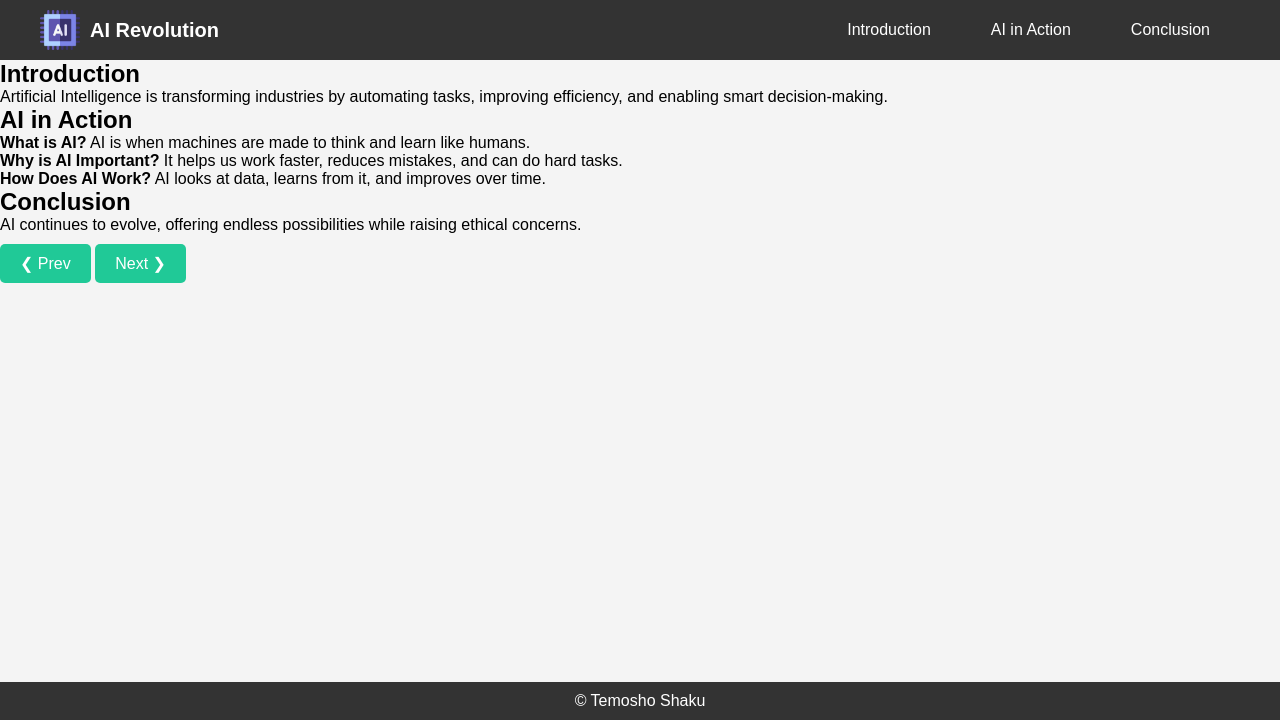
Repository: TemoshoS/ai
Page: index.html
These files come from the project's save history. The page is drawn as it stood at one moment and after a run of saves; the edit follows.
The browser window is 1280 px wide. The pictures show the whole page.

Above is the page before, as saved 2025-02-17 10:39:36.
Console error: TypeError: Cannot read properties of null (reading 'addEventListener')

### index.html
<!DOCTYPE html>
<html lang="en">
<head>
    <meta charset="UTF-8">
    <meta name="viewport" content="width=device-width, initial-scale=1.0">
    <title>AI Revolution</title>
    <link rel="stylesheet" href="styles.css">
</head>
<body>

    <nav>
        <div class="nav-container">
            <div class="logo">
                <img src="./ai.png" alt="AI Logo">
                <span>AI Revolution</span>
            </div>
            <ul class="nav-links">
                <li><a href="#intro">Introduction</a></li>
                <li><a href="#body">AI in Action</a></li>
                <li><a href="#conclusion">Conclusion</a></li>
            </ul>
        </div>
    </nav>
    <div class="slider-container">
        <div class="slide active" id="slide-intro">
            <h2>Introduction</h2>
            <p>Artificial Intelligence is transforming industries by automating tasks, improving efficiency, and enabling smart decision-making.</p>
        </div>
        <div class="slide" id="slide-ai-action">
            <h2>AI in Action</h2>
            <p><strong>What is AI?</strong> AI is when machines are made to think and learn like humans.</p>
            <p><strong>Why is AI Important?</strong> It helps us work faster, reduces mistakes, and can do hard tasks.</p>
            <p><strong>How Does AI Work?</strong> AI looks at data, learns from it, and improves over time.</p>
        </div>
        <div class="slide" id="slide-conclusion">
            <h2>Conclusion</h2>
            <p>AI continues to evolve, offering endless possibilities while raising ethical concerns.</p>
        </div>

        <button id="prevBtn">&#10094; Prev</button>
        <button id="nextBtn">Next &#10095;</button>
    </div>


    <footer>
        <p>&copy; Temosho Shaku</p>
    </footer>

    <script src="script.js"></script>
</body>
</html>

### styles.css
/* GLOBAL STYLES */
* {
    margin: 0;
    padding: 0;
    box-sizing: border-box;
}

body {
    font-family: Arial, sans-serif;
    display: flex;
    flex-direction: column;
    min-height: 100vh; /* Ensures the body takes up full height */
    background-color: #f4f4f4;
}

/* NAVIGATION BAR */
nav {
    background: #333;
    padding: 10px 20px;
}

.nav-container {
    display: flex;
    justify-content: space-between;
    align-items: center;
    max-width: 1200px;
    margin: auto;
}

.logo {
    display: flex;
    align-items: center;
}

.logo img {
    width: 40px;
    height: 40px;
    margin-right: 10px;
}

.logo span {
    font-size: 20px;
    color: white;
    font-weight: bold;
}

.nav-links {
    list-style: none;
    display: flex;
    margin: 0;
    padding: 0;
}

.nav-links li {
    margin: 0 15px;
}

.nav-links li a {
    color: white;
    text-decoration: none;
    padding: 10px 15px;
    display: block;
}

.nav-links li a:hover {
    background-color: #20C997;
    border-radius: 5px;
}

/* CONTENT */
section {
    padding: 20px;
    max-width: 800px;
    margin: auto;
    background: white;
    margin-top: 20px;
    border-radius: 8px;
    box-shadow: 0px 0px 10px rgba(0, 0, 0, 0.1);
    flex-grow: 1; /* Ensures sections take remaining space */
}

/* AI CHAT */
input {
    padding: 10px;
    width: 80%;
    border: 1px solid #ccc;
    border-radius: 5px;
    margin-top: 10px;
}

button {
    background-color: #20C997;
    color: white;
    padding: 10px 20px;
    border: none;
    font-size: 16px;
    cursor: pointer;
    margin-top: 10px;
    border-radius: 5px;
}

button:hover {
    background-color: #17a589;
}

#aiResponse {
    font-weight: bold;
    color: #333;
    margin-top: 15px;
}

/* Chat Icon */
#chatIcon {
    position: fixed;
    bottom: 20px;
    right: 20px;
    background-color: #20C997;
    width: 50px;
    height: 50px;
    border-radius: 50%;
    display: flex;
    justify-content: center;
    align-items: center;
    cursor: pointer;
}

#chatIcon img {
    width: 30px;
    height: 30px;
}

/* Chat Box */
#chatBox {
    position: fixed;
    bottom: 80px;
    right: 20px;
    width: 300px;
    background: white;
    box-shadow: 0px 0px 10px rgba(0, 0, 0, 0.2);
    border-radius: 8px;
    display: none;
    flex-direction: column;
}

.chat-header {
    background: #20C997;
    color: white;
    padding: 10px;
    display: flex;
    justify-content: space-between;
    align-items: center;
    font-weight: bold;
}

.chat-header button {
    background: none;
    border: none;
    color: white;
    font-size: 20px;
    cursor: pointer;
}

.chat-body {
    padding: 10px;
    max-height: 200px;
    overflow-y: auto;
}

#chatInput {
    width: 80%;
    padding: 10px;
    border: 1px solid #ccc;
    border-radius: 5px;
    margin: 10px;
}

#sendChat {
    background-color: #20C997;
    color: white;
    padding: 10px;
    border: none;
    cursor: pointer;
    border-radius: 5px;
}

/* FOOTER */
footer {
    background-color: #333;
    color: white;
    padding: 10px;
    text-align: center;
    margin-top: auto; /* Ensures the footer is at the bottom */
}

/* Responsive Styles */
@media screen and (max-width: 768px) {
    .nav-links {
        flex-direction: column;
        align-items: center;
    }

    .nav-links li {
        margin: 10px 0;
    }

    #chatBox {
        width: 80%;
        right: 10px;
        bottom: 70px;
    }

    #chatInput {
        width: 70%;
    }
}

### script.js
document.getElementById("chatIcon").addEventListener("click", function () {
    document.getElementById("chatBox").style.display = "flex";
});

document.getElementById("closeChat").addEventListener("click", function () {
    document.getElementById("chatBox").style.display = "none";
});

document.getElementById("sendChat").addEventListener("click", function () {
    let userInput = document.getElementById("chatInput").value.trim();
    let chatBody = document.querySelector(".chat-body");

    if (!userInput) {
        alert("Please enter a message!");
        return;
    }

    // Display user message
    let userMessage = document.createElement("p");
    userMessage.style.textAlign = "right";
    userMessage.style.color = "#20C997";
    userMessage.innerText = "You: " + userInput;
    chatBody.appendChild(userMessage);

    document.getElementById("chatInput").value = "";

    // Simulate AI response
    setTimeout(() => {
        let fakeResponses = [
            "AI helps automate repetitive tasks.",
            "Machine learning enables computers to learn from data.",
            "AI is used in chatbots, self-driving cars, and healthcare.",
            "AI raises ethical concerns, including bias and job automation.",
            "AI can improve cybersecurity by detecting threats."
        ];

        let randomResponse = fakeResponses[Math.floor(Math.random() * fakeResponses.length)];

        let aiMessage = document.createElement("p");
        aiMessage.style.textAlign = "left";
        aiMessage.style.color = "#333";
        aiMessage.innerText = "AI: " + randomResponse;
        chatBody.appendChild(aiMessage);

        chatBody.scrollTop = chatBody.scrollHeight;
    }, 1500);
});

After the next 2 saves:
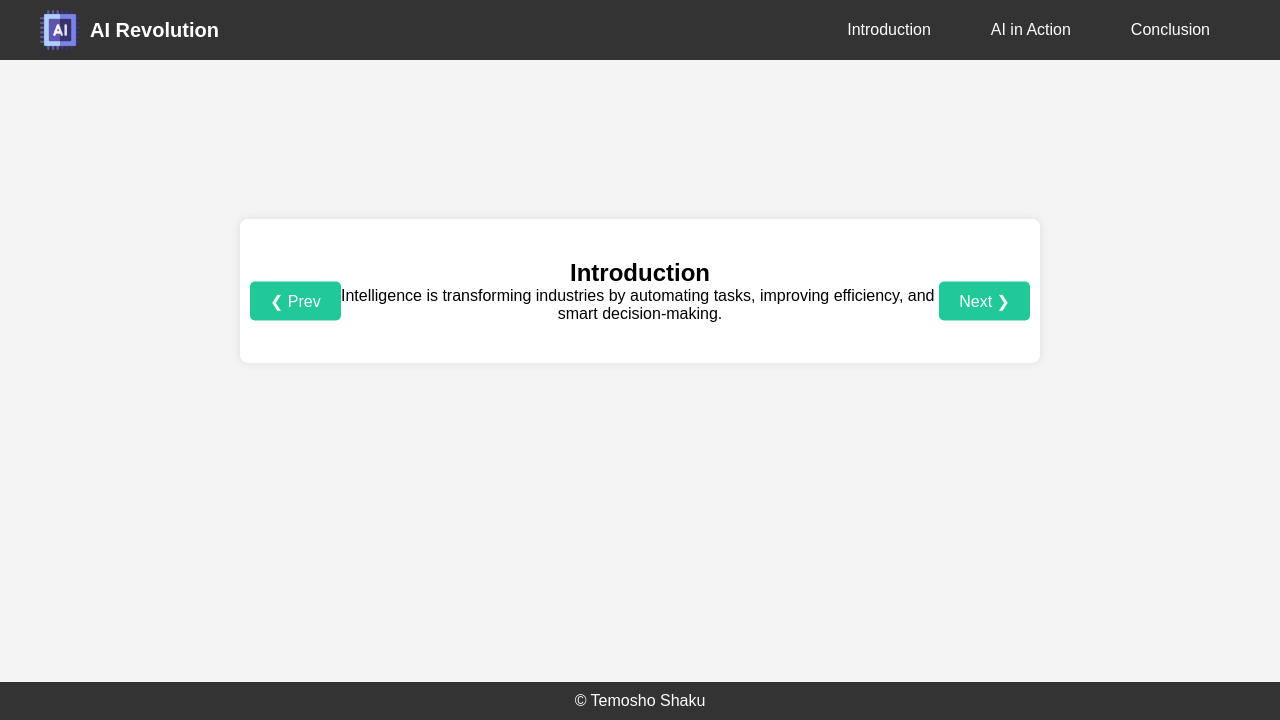
The 2 saves are shown as one change because they came seconds apart.
The last was saved 28 s later.
--- a/styles.css
+++ b/styles.css
@@ -78,6 +78,51 @@ section {
     box-shadow: 0px 0px 10px rgba(0, 0, 0, 0.1);
     flex-grow: 1; /* Ensures sections take remaining space */
 }
+.slider-container {
+    position: relative;
+    max-width: 800px;
+    margin: auto;
+    overflow: hidden;
+    background: white;
+    padding: 20px;
+    border-radius: 8px;
+    box-shadow: 0px 0px 10px rgba(0, 0, 0, 0.1);
+}
+
+.slide {
+    display: none;
+    text-align: center;
+    padding: 20px;
+}
+
+.slide.active {
+    display: block;
+}
+
+button {
+    position: absolute;
+    top: 50%;
+    transform: translateY(-50%);
+    background-color: #20C997;
+    color: white;
+    border: none;
+    padding: 10px 20px;
+    cursor: pointer;
+    font-size: 16px;
+}
+
+#prevBtn {
+    left: 10px;
+}
+
+#nextBtn {
+    right: 10px;
+}
+
+button:hover {
+    background-color: #17a589;
+}
+
 
 /* AI CHAT */
 input {
